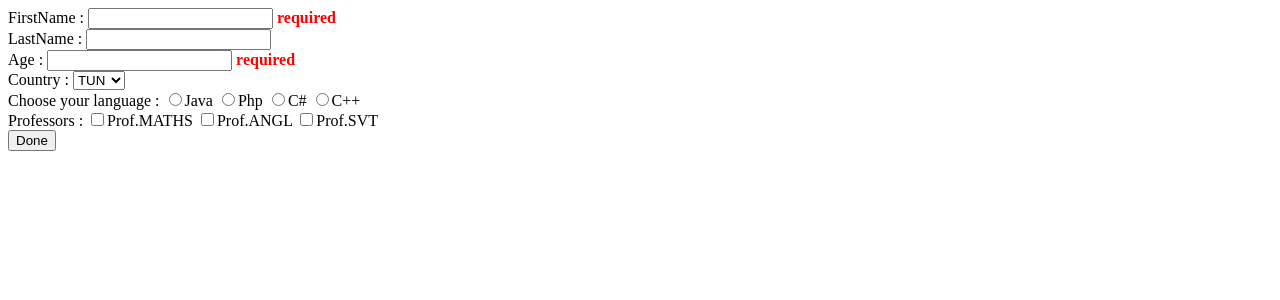
Repository: rahmi45/Spring-MVC
Page: http://localhost/Spring-MVC/studentMvcTags/processMvcTags
An editor plug-in stored every save of this project. The page is shown before and after the next save, followed by the edit.
The browser window is 1280 px wide. The pictures show the whole page.
The page is served by Tomcat 9. Other server files are loaded and not shown. The template is opened directly, without the code that normally fills it, so the values that code supplies are empty.

Above is the page before, as saved 2022-01-15 11:52:52.

### Spring-MVC/WebContent/WEB-INF/view/student-front-mvc-tags/studentAccount.jsp
<%@ page language="java" contentType="text/html; charset=ISO-8859-1"
    pageEncoding="ISO-8859-1"%>
	<%@ taglib prefix="f" uri="http://www.springframework.org/tags/form" %>
<!DOCTYPE html>
<html>
<head>
<meta charset="ISO-8859-1">
<title>Student Account</title>
<style type="text/css">
	.error
	{
		color: red;
		font-weight: bold;
	}
</style>
</head>
<body>
	<f:form action="processMvcTags" modelAttribute="student">
		FirstName : <f:input path="firstName"/>
		<f:errors path="firstName" cssClass="error"/>
		<br>
		LastName  : <f:input path="lastName"/>
		<br>
		Age       : <f:input path="age"/>
		<f:errors path="age" cssClass="error"/>
		<br>
		Country   :
		<f:select path="country">
			<f:options items="${student.countryOptions}"/>
<%-- 			<f:option value="Maroc" label="MAR"/> --%>
<%-- 			<f:option value="France" label="FRA"/> --%>
<%-- 			<f:option value="Tunisie" label="TUN"/> --%>
		</f:select>
		<br>
		Choose your language :
		<f:radiobutton path="language" value="Java"/>Java
		<f:radiobutton path="language" value="Php"/>Php
		<f:radiobutton path="language" value="C#"/>C#
		<f:radiobutton path="language" value="C++"/>C++
		<br>
		Professors :
		<f:checkbox path="professors" value="PrfMaths"/>Prof.MATHS
		<f:checkbox path="professors" value="PrfAngl"/>Prof.ANGL
		<f:checkbox path="professors" value="PrfScience"/>Prof.SVT
		<br>
		<input type="submit" value="Done"/>
	</f:form>
</body>
</html>

After the next save:
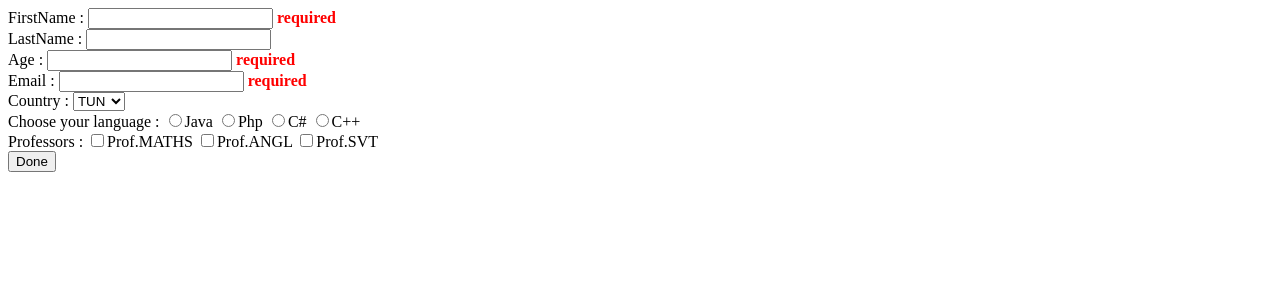
Saved 38 s later.
--- a/Spring-MVC/WebContent/WEB-INF/view/student-front-mvc-tags/studentAccount.jsp
+++ b/Spring-MVC/WebContent/WEB-INF/view/student-front-mvc-tags/studentAccount.jsp
@@ -24,6 +24,9 @@
 		Age       : <f:input path="age"/>
 		<f:errors path="age" cssClass="error"/>
 		<br>
+		Email     : <f:input path="age"/>
+		<f:errors path="age" cssClass="error"/>
+		<br>
 		Country   :
 		<f:select path="country">
 			<f:options items="${student.countryOptions}"/>
